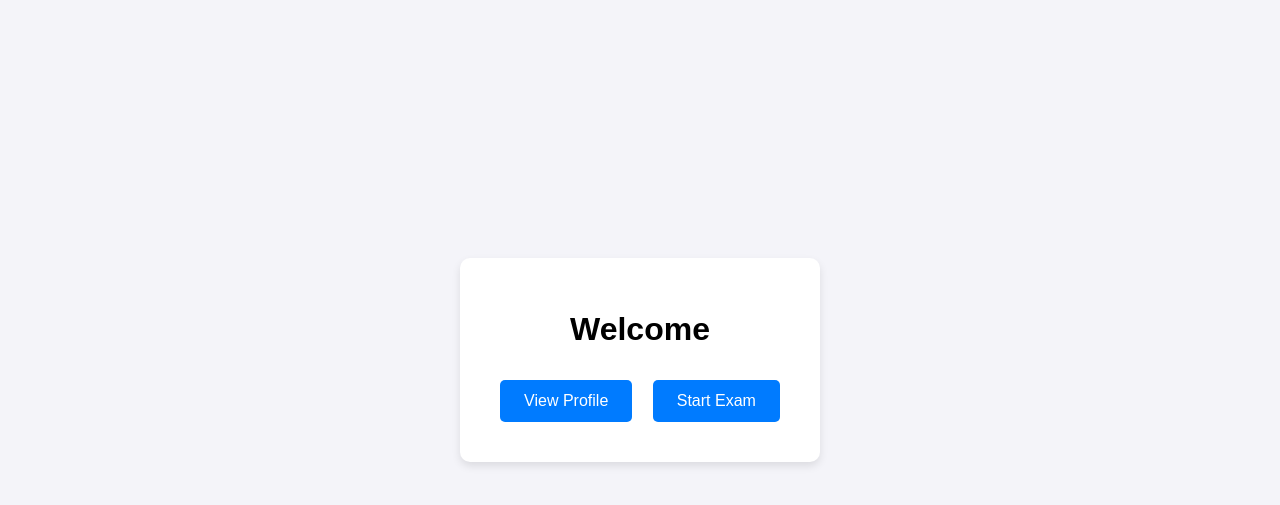
Repository: chetanchavan30/Optifyx
Page: OnlineExaminationSystem/src/main/webapp/link.html
The author's editor kept a copy of each file at every save. The page is drawn from the files as they stood at one save, then again after the next save.
The browser window is 1280 px wide. The pictures show the whole page.

Above is the page before, as saved 2025-01-25 18:00:46.

### OnlineExaminationSystem/src/main/webapp/link.html
<!DOCTYPE html>
<html lang="en">
<head>
    <meta charset="UTF-8">
    <meta name="viewport" content="width=device-width, initial-scale=1.0">
    <title>Link Page</title>
    <style>
        body {
            font-family: Arial, sans-serif;
            background-color: #f4f4f9;
            margin: 0;
            padding: 0;
            display: flex;
            justify-content: center;
            align-items: center;
            height: 100vh;
        }
        .container {
            text-align: center;
            background: white;
            padding: 2rem;
            border-radius: 10px;
            box-shadow: 0 4px 8px rgba(0, 0, 0, 0.1);
        }
        .container h1 {
            margin-bottom: 1.5rem;
        }
        .link-button {
            display: inline-block;
            margin: 0.5rem;
            padding: 0.75rem 1.5rem;
            font-size: 1rem;
            color: white;
            background-color: #007BFF;
            text-decoration: none;
            border-radius: 5px;
            transition: background-color 0.3s;
        }
        .link-button:hover {
            background-color: #0056b3;
        }
    </style>
</head>
<body>
    <div class="container">
        <h1>Welcome</h1>
        <a href="view" class="link-button">View Profile</a>
        <a href="exam.jsp" class="link-button">Start Exam</a>
    </div>
</body>
</html>

### OnlineExaminationSystem/src/main/webapp/styles.css
@charset "UTF-8";
/* General Styles */
body {
    font-family: Arial, sans-serif;
    background-color: #f4f4f4;
    display: flex;
    justify-content: center;
    align-items: center;
    height: 100vh;
    margin: 0;
}

.form-container {
    background-color: #fff;
    padding: 30px;
    border-radius: 8px;
    box-shadow: 0 4px 8px rgba(0, 0, 0, 0.1);
    width: 300px;
}

.form-container h2 {
    text-align: center;
    margin-bottom: 20px;
}

.form-container input {
    width: 100%;
    padding: 10px;
    margin: 10px 0;
    border: 1px solid #ccc;
    border-radius: 5px;
}

.form-container button {
    width: 100%;
    padding: 10px;
    background-color: #4CAF50;
    color: white;
    border: none;
    border-radius: 5px;
    cursor: pointer;
}

.form-container button:hover {
    background-color: #45a049;
}

.form-container .links {
    text-align: center;
    margin-top: 10px;
}

.form-container .links a {
    color: #4CAF50;
    text-decoration: none;
}

.form-container .links a:hover {
    text-decoration: underline;
}

After the next save:
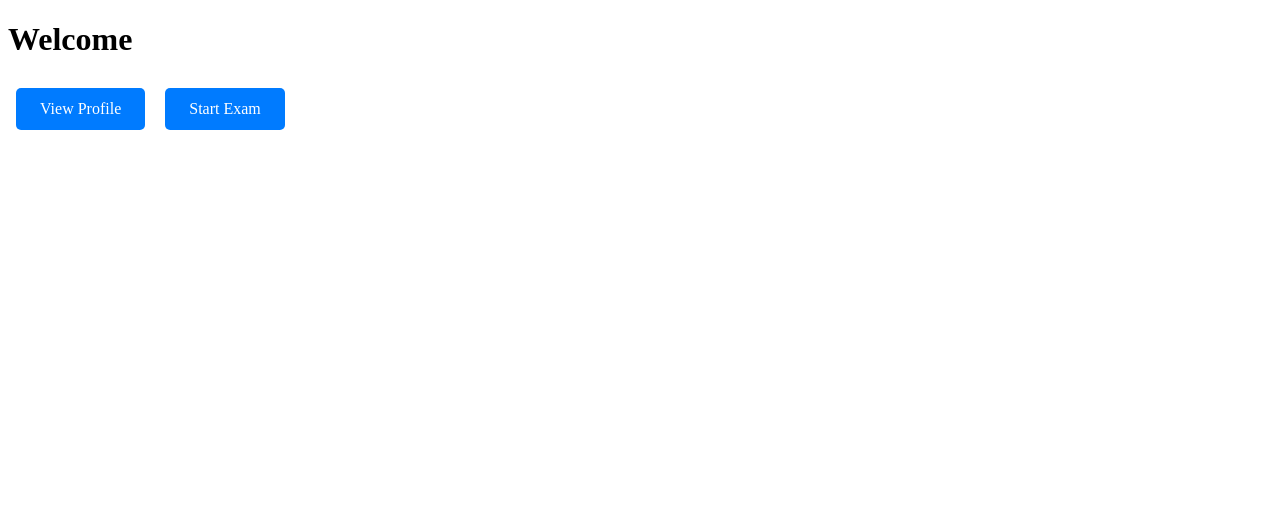
Saved 2 min 6 s later.
--- a/OnlineExaminationSystem/src/main/webapp/link.html
+++ b/OnlineExaminationSystem/src/main/webapp/link.html
@@ -5,26 +5,7 @@
     <meta name="viewport" content="width=device-width, initial-scale=1.0">
     <title>Link Page</title>
     <style>
-        body {
-            font-family: Arial, sans-serif;
-            background-color: #f4f4f9;
-            margin: 0;
-            padding: 0;
-            display: flex;
-            justify-content: center;
-            align-items: center;
-            height: 100vh;
-        }
-        .container {
-            text-align: center;
-            background: white;
-            padding: 2rem;
-            border-radius: 10px;
-            box-shadow: 0 4px 8px rgba(0, 0, 0, 0.1);
-        }
-        .container h1 {
-            margin-bottom: 1.5rem;
-        }
+
         .link-button {
             display: inline-block;
             margin: 0.5rem;

After the save that followed:
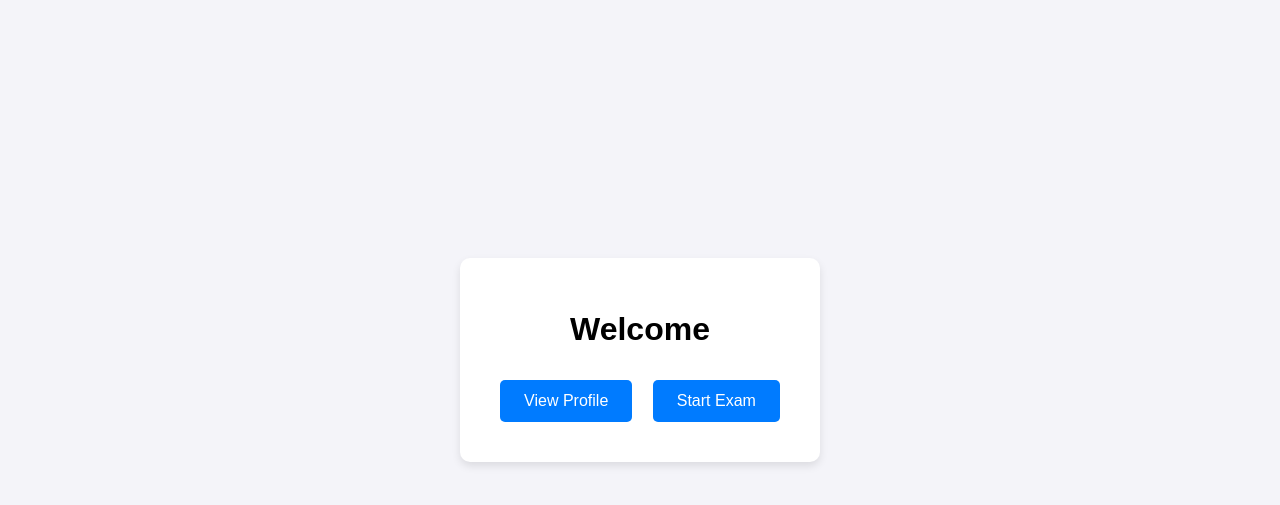
Saved 112 s later.
--- a/OnlineExaminationSystem/src/main/webapp/link.html
+++ b/OnlineExaminationSystem/src/main/webapp/link.html
@@ -4,8 +4,28 @@
     <meta charset="UTF-8">
     <meta name="viewport" content="width=device-width, initial-scale=1.0">
     <title>Link Page</title>
+    <link rel="stylesheet" href="styles.css">
     <style>
-
+        body {
+            font-family: Arial, sans-serif;
+            background-color: #f4f4f9;
+            margin: 0;
+            padding: 0;
+            display: flex;
+            justify-content: center;
+            align-items: center;
+            height: 100vh;
+        }
+        .container {
+            text-align: center;
+            background: white;
+            padding: 2rem;
+            border-radius: 10px;
+            box-shadow: 0 4px 8px rgba(0, 0, 0, 0.1);
+        }
+        .container h1 {
+            margin-bottom: 1.5rem;
+        }
         .link-button {
             display: inline-block;
             margin: 0.5rem;
